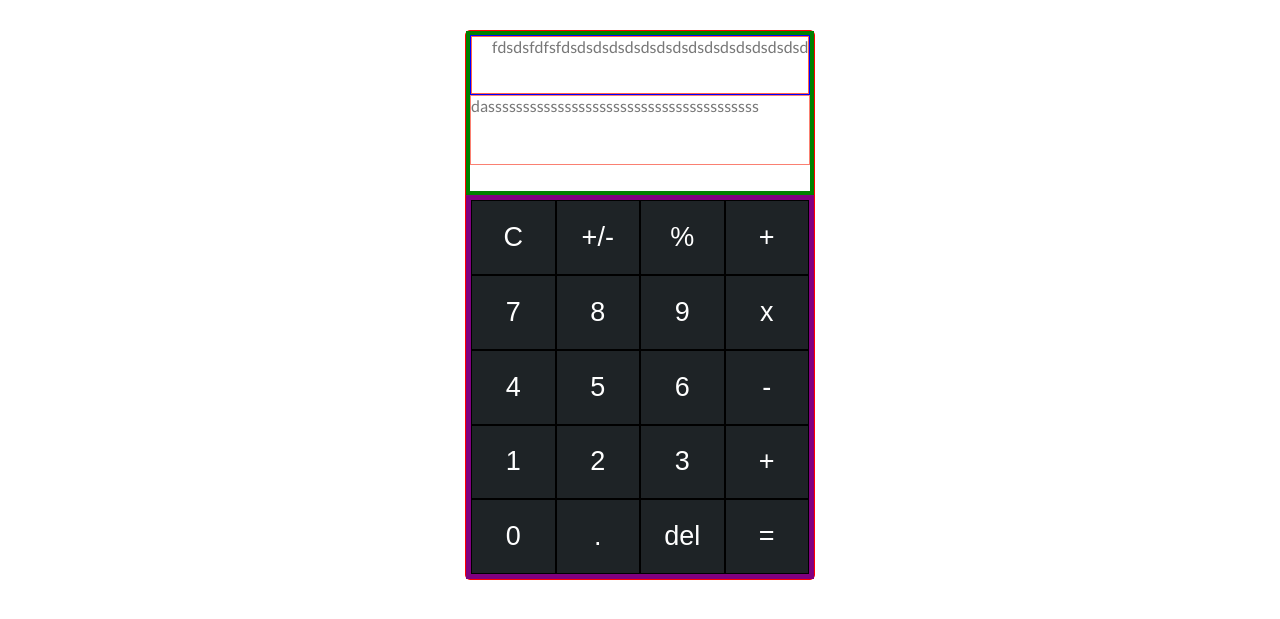
Repository: OfirLana/Calculator
Page: index.html
The author's editor kept a copy of each file at every save. The page is drawn from the files as they stood at one save, then again after the next save.
The browser window is 1280 px wide. The pictures show the whole page.

Above is the page before, as saved 2019-03-12 19:47:43.

### index.html
<!DOCTYPE html>
<html lang="en">

<head>
    <meta charset="UTF-8">
    <meta name="viewport" content="width=device-width, initial-scale=1.0">
    <meta http-equiv="X-UA-Compatible" content="ie=edge">
    <link href="https://fonts.googleapis.com/css?family=Lato:100,300,400,700,900" rel="stylesheet">
    <title>Document</title>
    <link rel="stylesheet" href="style.css">
</head>

<body>
    <div class="calculator">
        <div class="output_box">
            <div class="main_output">
                <span class="main_output_text">
fdsdsfdfsfdsdsdsdsdsdsdsdsdsdsdsdsdsdsdsdsdsdsdsfdssssssfdsssssssssss
                </span>
            </div>
            <div class="sub_output">
                <span class="sub_output_text">
dasssssssssssssssssssssssssssssssssssssss
                </span>
            </div>
        </div>


        <div class="opeartor_box">
            <button class="opeartor_button">C</button>
            <button class="opeartor_button">+/-</button>
            <button class="opeartor_button">%</button>
            <button class="opeartor_button">+</button>
            <button class="opeartor_button">7</button>
            <button class="opeartor_button">8</button>
            <button class="opeartor_button">9</button>
            <button class="opeartor_button">x</button>
            <button class="opeartor_button">4</button>
            <button class="opeartor_button">5</button>
            <button class="opeartor_button">6</button>
            <button class="opeartor_button">-</button>
            <button class="opeartor_button">1</button>
            <button class="opeartor_button">2</button>
            <button class="opeartor_button">3</button>
            <button class="opeartor_button">+</button>
            <button class="opeartor_button">0</button>
            <button class="opeartor_button">.</button>
            <button class="opeartor_button">del</button>
            <button class="opeartor_button">=</button>


        </div>








    </div>
    <script src="index.js"></script>
</body>

</html>

### style.css
* {
    margin: 0;
    padding: 0;
    box-sizing: border-box;
}

html {
    font-size: 62.5%;
}

body {
    font-family: "Lato", sans-serif;
    font-size: 1.6rem;
    color: #777;
    padding: 3rem;
}

.calculator {
    display: flex;
    flex-direction: column;
    margin: 0 auto;
    width: 35rem;
    height: 55rem;
    border: 1px solid red;
    border-radius: 5px;
}

.output_box {
    display: flex;
    flex-direction: column;
    flex-basis: 30%;
    border: 4px solid green;
    width: 100%;
    justify-content: space-between
    padding:0px 20px;
}

.main_output {
    display: flex;
    border: 1px solid blue;
    height: 6rem;
    /* background:blue; */

}

.main_output_text{
    border:1px solid tomato;
    width:100%;
    padding:0px 20px;
    text-align:end;
    overflow: hidden;

}

.sub_output {
    display: flex;
    border: 1px solid salmon;
    height: 7rem;
    /* background:red; */

}

.opeartor_box{
    display:flex;
    /* flex-direction: column; */
    flex-wrap:wrap;
    width:100%;
    border:5px solid purple;
    flex-basis:70%;
}

.opeartor_button{
    width:25%;
    height:20%;
    background:#1E2326;
    border: 1px solid black;
    color:white;
    font-size:27px;
    font-weight:100;
}

.opeartor_button:active{
    background:blue;
    border:1px solid black;
}

Loaded but not shown: index.js (no copy from this time; the picture is the same without it)

After the next save:
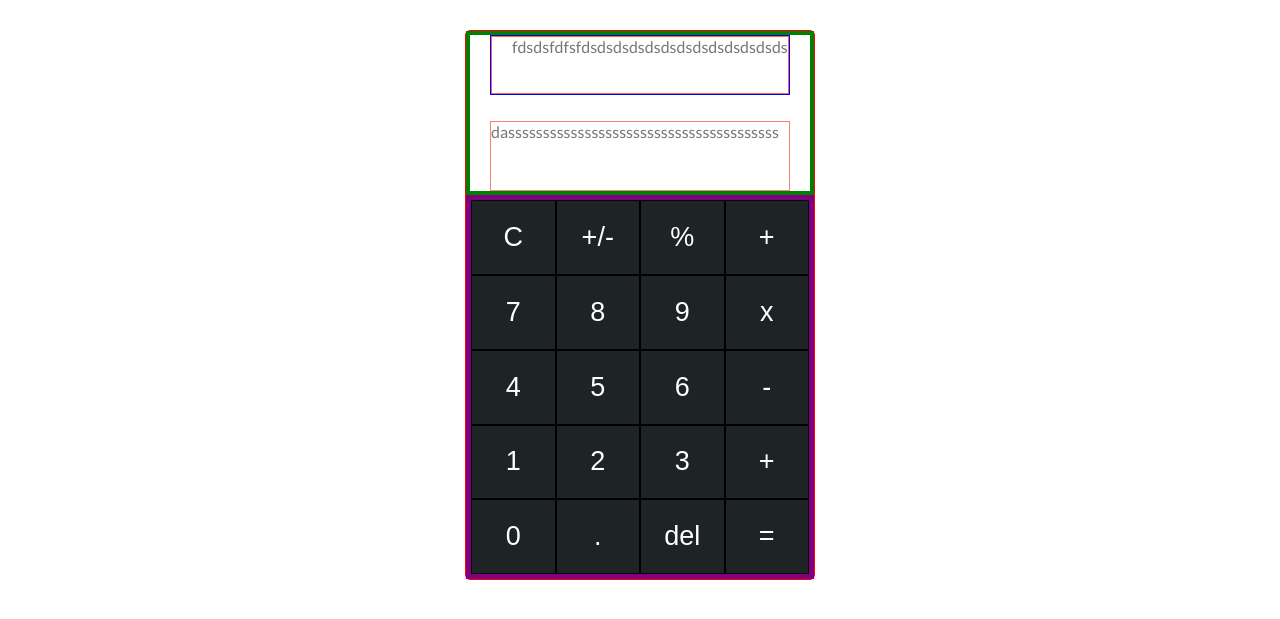
Saved 7 s later.
--- a/style.css
+++ b/style.css
@@ -31,7 +31,7 @@ body {
     flex-basis: 30%;
     border: 4px solid green;
     width: 100%;
-    justify-content: space-between
+    justify-content: space-between;
     padding:0px 20px;
 }
 
